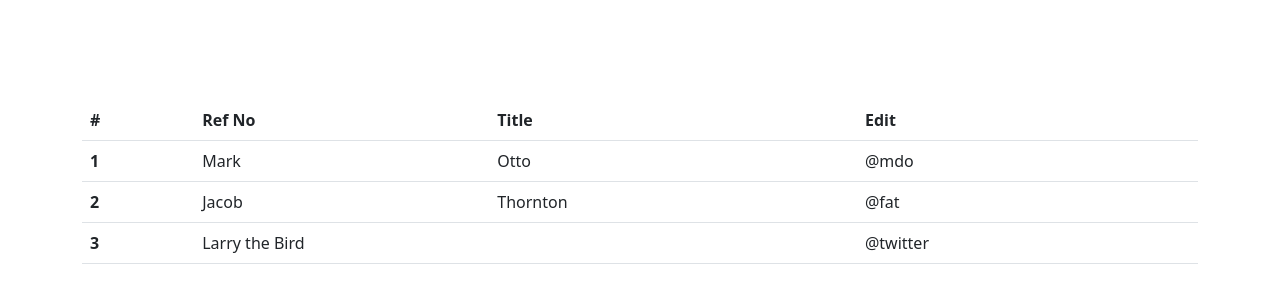
Repository: LCLY/location
Page: /
The author's editor kept a copy of each file at every save. The page is drawn from the files as they stood at one save, then again after the next save.
The browser window is 1280 px wide. The pictures show the whole page.
The page's requests for data from a server got no answer. The project was rebuilt for these pictures with package versions that can differ from the ones it lists, and the page was loaded fresh each time. The framework's server and built-in components were replaced by stand-ins that run in the browser. No one was signed in, and anything a server would have sent is missing. Also part of the build but not shown: next.config.js.

Above is the page before, as saved 2022-09-12 17:25:14.

After the next save:
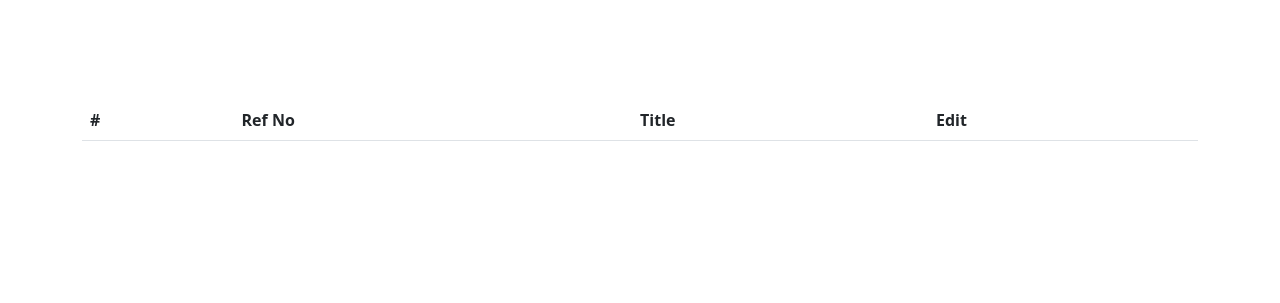
Saved 7 s later.
--- a/pages/index.js
+++ b/pages/index.js
@@ -58,23 +58,6 @@ export default function Home() {
 									</tr>
 							  ))
 							: null}
-						<tr>
-							<th scope='row'>1</th>
-							<td>Mark</td>
-							<td>Otto</td>
-							<td>@mdo</td>
-						</tr>
-						<tr>
-							<th scope='row'>2</th>
-							<td>Jacob</td>
-							<td>Thornton</td>
-							<td>@fat</td>
-						</tr>
-						<tr>
-							<th scope='row'>3</th>
-							<td colspan='2'>Larry the Bird</td>
-							<td>@twitter</td>
-						</tr>
 					</tbody>
 				</table>{" "}
 			</div>
